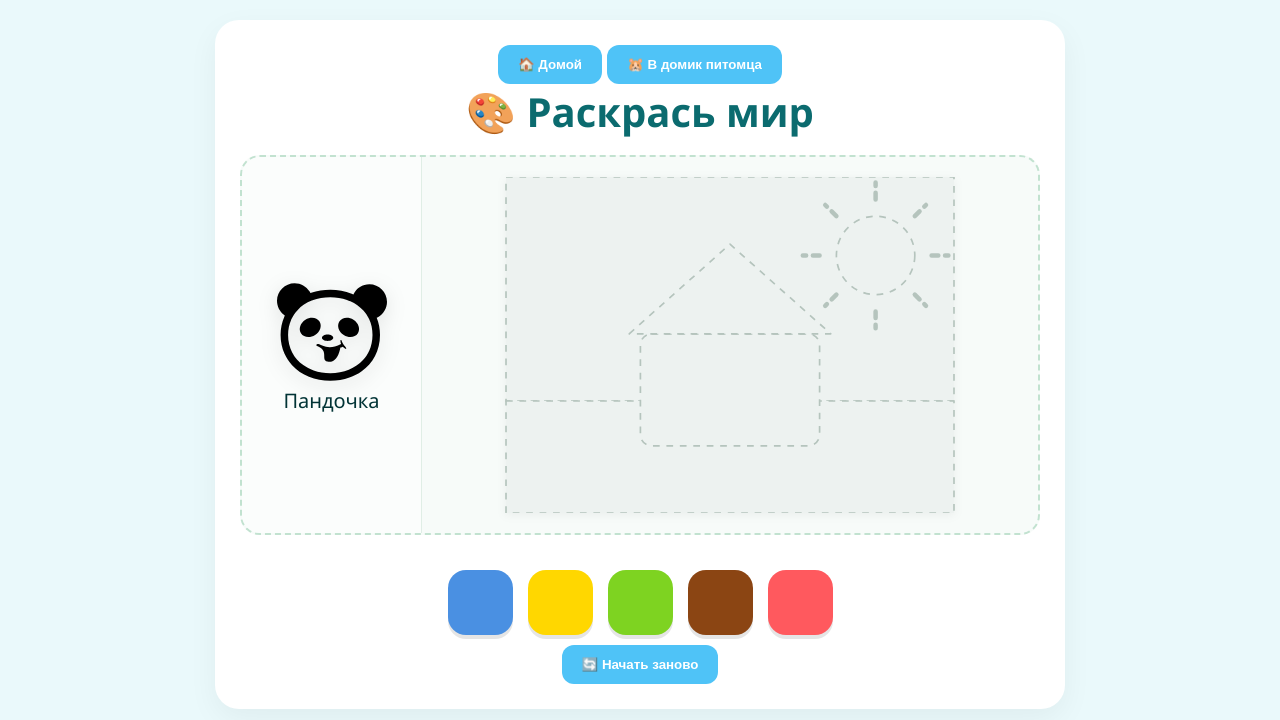
Repository: HOADF/kids-career-world
Page: games/artist/artist-game.html
The author's editor kept a copy of each file at every save. The page is drawn from the files as they stood at one save, then again after the next save.
The browser window is 1280 px wide. The pictures show the whole page.
An inner scrolling area shows only its first screen.

Above is the page before, as saved 2026-03-10 13:07:57.

After the next save:
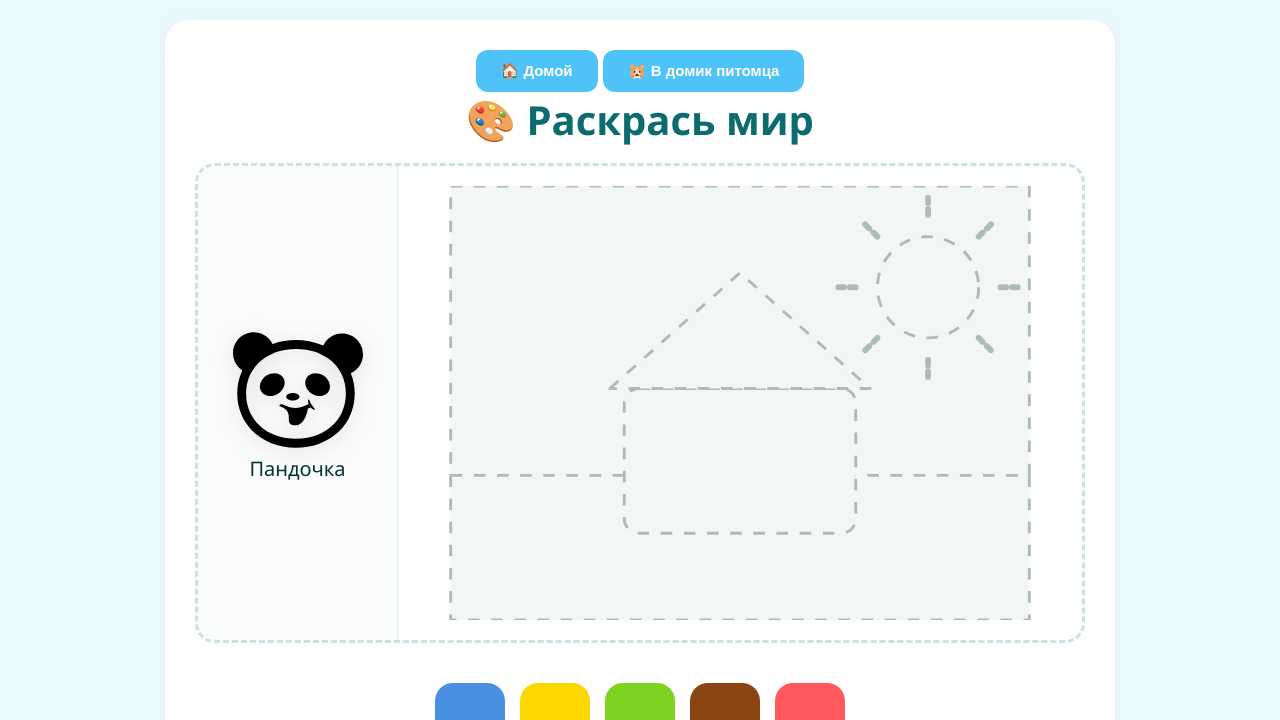
Saved 11 s later.
--- a/games/artist/artist-style.css
+++ b/games/artist/artist-style.css
@@ -1,7 +1,7 @@
 .main-card {
-    max-width: 850px;
+    max-width: 950px; /* Немного расширил карточку */
     margin: 20px auto;
-    padding: 25px;
+    padding: 30px;
     background: #ffffff;
     border-radius: 24px;
     box-shadow: 0 10px 30px rgba(0,0,0,0.05);
@@ -14,9 +14,9 @@
 .game-board {
     display: flex;
     width: 100%;
-    height: 380px;
-    background: #f7fbf9;
-    border: 2px dashed #c2e2d0;
+    height: 480px; /* УВЕЛИЧИЛ ВЫСОТУ, чтобы рисунок был крупным */
+    background: #fdfdfd;
+    border: 3px dashed #cde3d6; /* Сделал рамку чуть заметнее */
     border-radius: 20px;
     margin-bottom: 25px;
     position: relative;
@@ -24,32 +24,32 @@
 }
 
 .pet-side {
-    width: 180px;
+    width: 200px; /* Чуть шире для крупной панды */
     display: flex;
     flex-direction: column;
     justify-content: center;
     align-items: center;
-    background: rgba(255,255,255,0.5);
+    background: rgba(240,249,244,0.3);
     border-right: 1px solid #e0eee6;
     position: relative;
 }
 
 .pet-img {
-    width: 110px;
+    width: 130px; /* УВЕЛИЧИЛ ПАНДОЧКУ */
     height: auto;
     filter: drop-shadow(0 5px 10px rgba(0,0,0,0.1));
 }
 
 .bubble {
     position: absolute;
-    top: 30px;
+    top: 20px;
     left: 50%;
     transform: translateX(-50%);
     background: white;
     border: 2px solid #4A90E2;
-    padding: 10px 15px;
-    border-radius: 18px;
-    font-size: 14px;
+    padding: 10px 20px;
+    border-radius: 20px;
+    font-size: 15px;
     font-weight: 700;
     color: #333;
     box-shadow: 0 4px 12px rgba(0,0,0,0.1);
@@ -68,32 +68,32 @@
 #paint-svg {
     width: 100%;
     height: 100%;
-    filter: drop-shadow(0 2px 5px rgba(0,0,0,0.05));
 }
 
 .paint-area {
-    fill: #edf2f0;
-    stroke: #b5c4bd;
-    stroke-width: 1.5;
-    stroke-dasharray: 6;
+    fill: #f2f6f4; /* Чуть светлее фон деталей */
+    stroke: #adbdb5; /* Сделал контур чуть четче */
+    stroke-width: 2; /* УВЕЛИЧИЛ ТОЛЩИНУ ЛИНИЙ */
+    stroke-dasharray: 8; /* Длиннее пунктир */
     cursor: pointer;
     transition: all 0.4s ease;
 }
 
-/* Лучи солнца тоже должны подсвечиваться */
+/* Улучшенный пунктир для лучей */
 #sun-group line {
-    stroke: #b5c4bd;
+    stroke: #adbdb5;
+    stroke-dasharray: 4 4; /* Свой пунктир для лучей */
 }
 
 .palette {
     display: flex;
     gap: 15px;
-    padding: 10px;
+    padding: 15px;
 }
 
 .color-item {
-    width: 65px;
-    height: 65px;
+    width: 70px; /* Крупнее кнопки */
+    height: 70px;
     border-radius: 18px;
     cursor: pointer;
     transition: transform 0.2s, box-shadow 0.2s;
@@ -110,9 +110,9 @@
     background: #4fc3f7;
     color: white;
     border: none;
-    padding: 12px 20px;
+    padding: 12px 25px;
     border-radius: 12px;
     font-weight: bold;
     cursor: pointer;
-    transition: background 0.3s;
+    font-size: 15px;
 }
